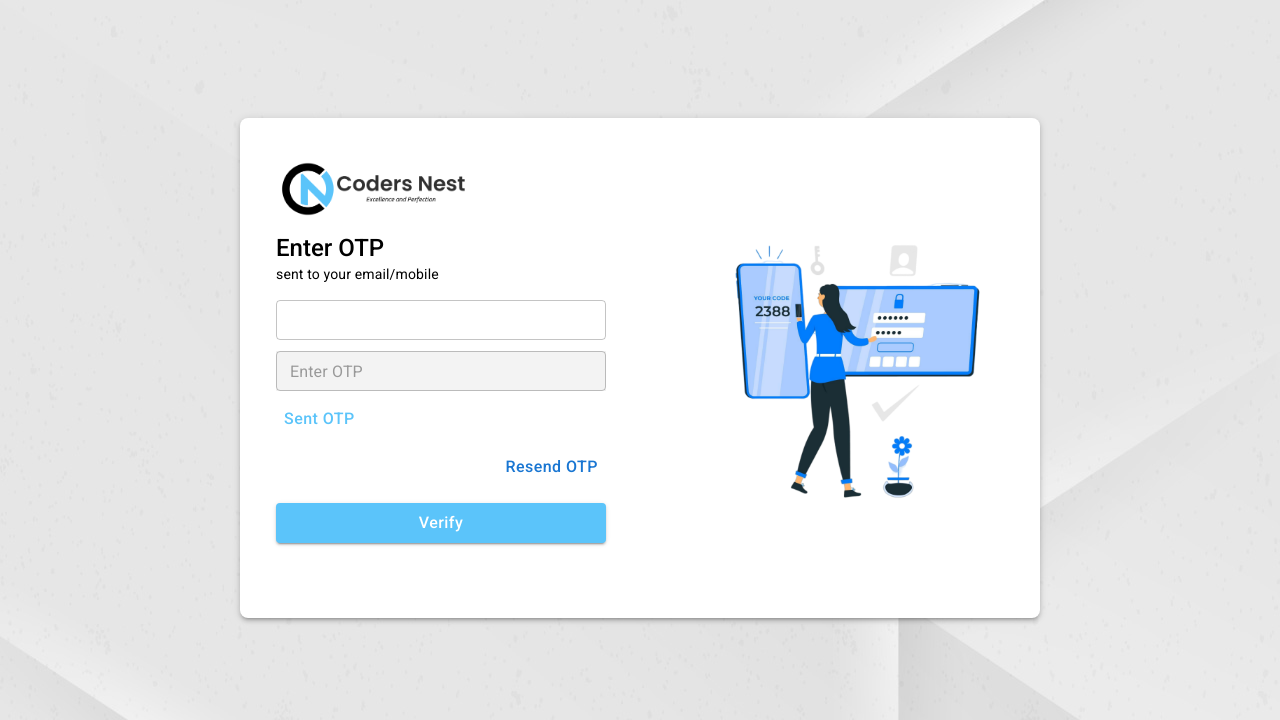
Repository: wajahadalishaik04/CN_Books
Page: /otpscreen
The author's editor kept a copy of each file at every save. The page is drawn from the files as they stood at one save, then again after the next save.
The browser window is 1280 px wide. The pictures show the whole page.
The project was rebuilt for these pictures with package versions that can differ from the ones it lists, and the page was loaded fresh each time. Also part of the build but not shown: vite.config.js, src/pages/LoginScreen.jsx, src/pages/Signin.jsx, src/pages/SignUp.jsx, src/pages/VerifyScreen.jsx, src/components/Header.jsx, src/components/SideBar.jsx, src/components/Content.jsx and 7 more.

Above is the page before, as saved 2024-09-30 16:53:04.

After the next save:
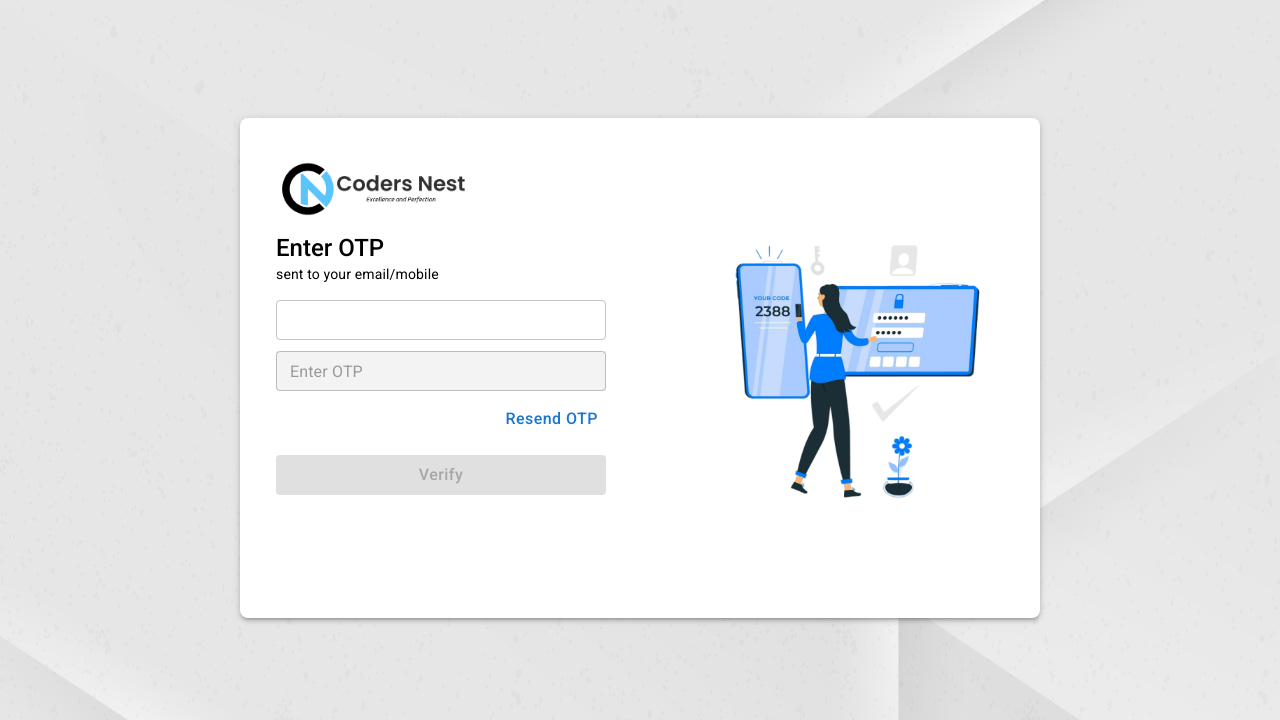
Saved 2 min 10 s later.
--- a/src/pages/OtpScreen.jsx
+++ b/src/pages/OtpScreen.jsx
@@ -75,14 +75,15 @@ const OtpScreen = () => {
 
   // Handle OTP submission and verification
   const handleSubmit = () => {
-    if (!otp) {
-      setError("Please enter the OTP.");
-    } else if (otp === sentOtp) {
+    if (otp === sentOtp) {
       navigate("/dashboardscreen"); // Navigate to the next screen
     } else {
       setError("Invalid OTP. Please try again.");
     }
   };
+
+  // Check if the OTP input is filled (6 characters long)
+  const isOtpFilled = otp.length === 6;
 
   return (
     <Box
@@ -130,10 +131,7 @@ const OtpScreen = () => {
               placeholder="Enter OTP"
               fullWidth
               value={otp}
-              onChange={(e) => {
-                setOtp(e.target.value);
-                setError(""); // Clear error when user types
-              }}
+              onChange={(e) => setOtp(e.target.value)}
               sx={{
                 fontWeight: "500",
                 backgroundColor: "#F3F3F3",
@@ -150,21 +148,6 @@ const OtpScreen = () => {
             />
             {error && <Typography color="red">{error}</Typography>}
 
-            {/* Sent OTP Button */}
-            <Box sx={{ display: "flex", justifyContent: "flex-start", mt: 1 }}>
-              <Button
-                variant="text"
-                onClick={sendOtp}
-                sx={{
-                  textTransform: "none",
-                  fontSize: "1rem",
-                  color: "#5BC4FA",
-                }}
-              >
-                Sent OTP
-              </Button>
-            </Box>
-
             {/* Resend OTP button with timer */}
             <Box sx={{ display: "flex", justifyContent: "flex-end", mt: 1 }}>
               <ResendOtp onClick={handleResendOtp} disabled={resendDisabled}>
@@ -172,17 +155,18 @@ const OtpScreen = () => {
               </ResendOtp>
             </Box>
 
-            {/* Verify Button */}
+            {/* Verify Button, enabled only when OTP is filled */}
             <Button
               onClick={handleSubmit}
               variant="contained"
               fullWidth
               sx={{
-                backgroundColor: "#5BC4FA",
+                backgroundColor: isOtpFilled ? "#5BC4FA" : "#E0E0E0",
                 mt: 2,
                 textTransform: "none",
                 fontSize: "1rem",
               }}
+              disabled={!isOtpFilled} // Disable button until OTP is filled
             >
               Verify
             </Button>
